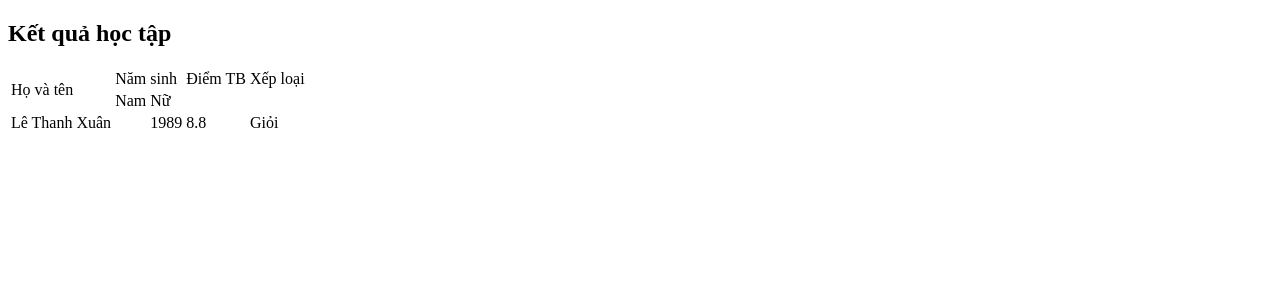
Repository: tuiladev/TKW
Page: Table/index.html
The author's editor kept a copy of each file at every save. The page is drawn from the files as they stood at one save, then again after the next save.
The browser window is 1280 px wide. The pictures show the whole page.

Above is the page before, as saved 2022-03-15 23:37:02.

After the next save:
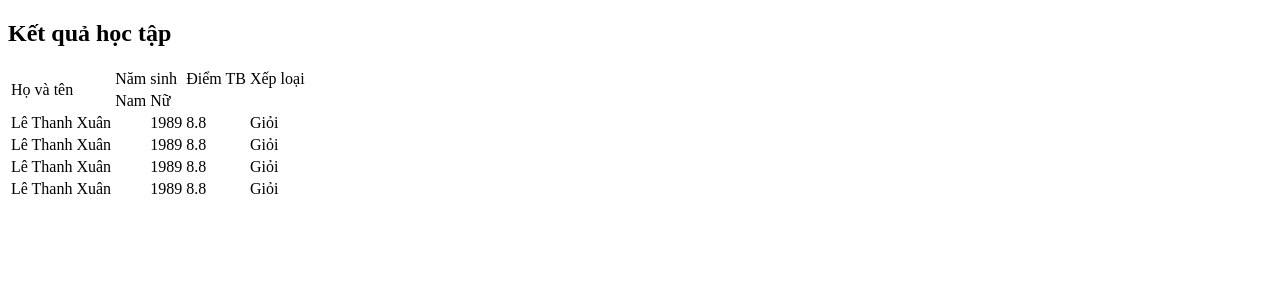
Saved 6 s later.
--- a/Table/index.html
+++ b/Table/index.html
@@ -30,6 +30,27 @@
           <td>Giỏi</td>
         </tr>
         <tr>
+          <td>Lê Thanh Xuân</td>
+          <td></td>
+          <td>1989</td>
+          <td>8.8</td>
+          <td>Giỏi</td>
+        </tr>
+        <tr>
+          <td>Lê Thanh Xuân</td>
+          <td></td>
+          <td>1989</td>
+          <td>8.8</td>
+          <td>Giỏi</td>
+        </tr>
+        <tr>
+          <td>Lê Thanh Xuân</td>
+          <td></td>
+          <td>1989</td>
+          <td>8.8</td>
+          <td>Giỏi</td>
+        </tr>
+        <tr>
           <td></td>
           <td></td>
           <td></td>
